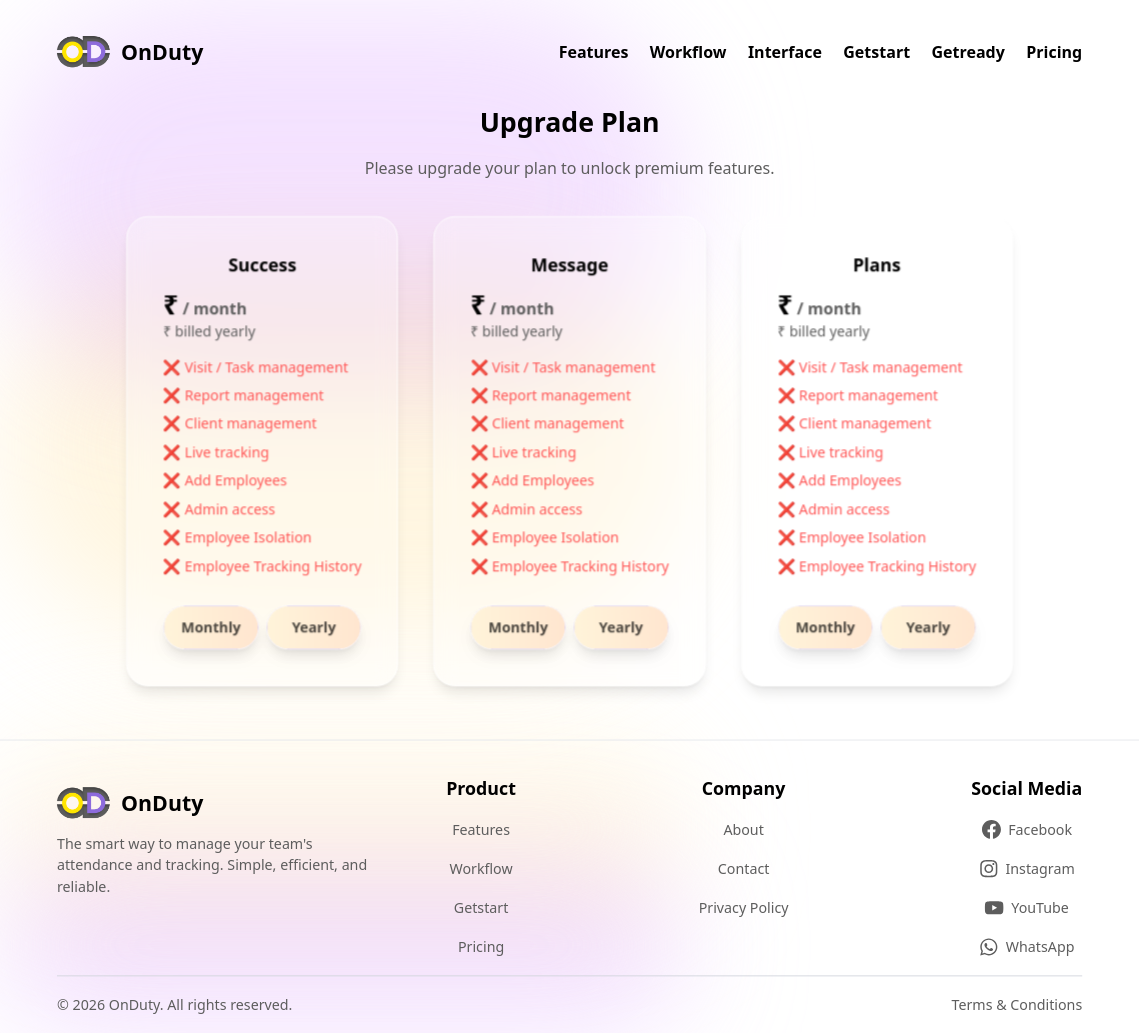
Repository: shekharzorin/ONDUTY-V1
Page: /pricing
An editor plug-in stored every save of this project. The page is shown before and after the next save, followed by the edit.
The browser window is 1280 px wide. The pictures show the whole page, at 89% of full size.
The page's requests for data from a server got no answer. The project was rebuilt for these pictures with package versions that can differ from the ones it lists, and the page was loaded fresh each time. The framework's server and built-in components were replaced by stand-ins that run in the browser. No one was signed in, and anything a server would have sent is missing. Also part of the build but not shown: next.config.mjs, vite.config.js, app/components/ui/Crossicon.tsx.

Above is the page before, as saved 2026-01-17 16:47:02.

### app/layout.tsx
import type { Metadata } from "next";
import { Geist, Geist_Mono } from "next/font/google";
import "./globals.css";
import Navbar from "./components/header/Navbar";

const geistSans = Geist({
  variable: "--font-geist-sans",
  subsets: ["latin"],
});

const geistMono = Geist_Mono({
  variable: "--font-geist-mono",
  subsets: ["latin"],
});

export const metadata: Metadata = {
  title: "Create Next App",
  description: "Generated by create next app",
};

export default function RootLayout({
  children,
}: Readonly<{
  children: React.ReactNode;
}>) {
  return (
    <html lang="en">
      <body
        className={`${geistSans.variable} ${geistMono.variable} antialiased`}
      >
        <Navbar />
        {children}
      </body>
    </html>
  );
}

### app/pricing/page.tsx
import Footer from "../components/footer/footer";
import Pricing from "../components/sections/pricing";

const page = () => {
  return (
    <div className="flex flex-col items-center justify-center">
      <Pricing />
      <Footer />
    </div>
  );
};

export default page;

### app/globals.css
@import "tailwindcss";

:root {
  --color-primary: #8d6bdc;
  --color-secondary: #e0d4ff;
  --color-bg: #efefef;
  --color-sidebar: #ffffff;
  --color-gray: #5d5d5d;
}

html {
  scroll-behavior: smooth;
}




.flip-card {
  perspective: 1000px;
}

.flip-card-inner {
  transform-style: preserve-3d;
}

.flip-card-front,
.flip-card-back {
  position: absolute;
  width:auto;
  height:auto;
  backface-visibility: hidden;
}

.flip-card-back {
  transform: rotateY(180deg);
}

### app/components/footer/footer.tsx
import Image from "next/image";
import Logo from "@/public/images/od_logo.png";
import Link from "next/link";
import { FaFacebook, FaInstagram, FaWhatsapp, FaYoutube } from "react-icons/fa";
import { ReactNode } from "react";

type FooterLink = {
  label: string;
  href: string;
  external?: boolean;
  icon?: ReactNode;
};

type FooterSection = {
  title: string;
  links: FooterLink[];
};

const footerLinks: FooterSection[] = [
  {
    title: "Product",
    links: [
      { label: "Features", href: "/#features" },
      { label: "Workflow", href: "/#workflow" },
      { label: "Getstart", href: "/#getstart" },
      { label: "Pricing", href: "/pricing/" },
    ],
  },
  {
    title: "Company",
    links: [
      { label: "About", href: "/about" },
      { label: "Contact", href: "/contact" },
      { label: "Privacy Policy", href: "/privacy&policy" },
    ],
  },
  {
    title: "Social Media",
    links: [
      {
        label: "Facebook",
        href: "https://www.facebook.com",
        external: true,
        icon: <FaFacebook size={22} />,
      },
      {
        label: "Instagram",
        href: "https://www.instagram.com",
        external: true,
        icon: <FaInstagram size={22} />,
      },
      {
        label: "YouTube",
        href: "https://www.youtube.com",
        external: true,
        icon: <FaYoutube size={22} />,
      },
      {
        label: "WhatsApp",
        href: "https://www.whatsapp.com",
        external: true,
        icon: <FaWhatsapp size={22} />,
      },
    ],
  },
];

const Footer = () => {
  return (
    <section
      id="footer"
      className="relative px-4 sm:px-6 md:px-8 lg:px-12 xl:px-16 2xl:px-24 max-w-384 w-full border-t border-gray-200"
    >
      {/* Background flare */}
      <div className="absolute top-0 left-1/2 -translate-x-1/2 w-full h-full max-w-7xl pointer-events-none -z-10">
        <div className="absolute bottom-0 w-[60%] h-[60%] bg-[#eccfff] rounded-full blur-3xl opacity-60 mix-blend-multiply filter" />
        <div className="absolute top-0 w-[60%] h-[60%] bg-[#fff4da] rounded-full blur-3xl opacity-60 mix-blend-multiply filter" />
      </div>

      <div className="flex flex-col pt-3 lg:pt-10 lg:flex-row lg:justify-between gap-5 lg:gap-20">
        <div className="flex flex-col gap-1 w-full lg:w-[50%]">
          <div className="flex gap-2 lg:gap-3 items-center">
            <Image
              src={Logo}
              alt="Onduty Logo"
              height={60}
              width={60}
              className="flex h-10 w-10 md:h-12 md:w-12 lg:h-15 lg:w-15"
            />
            <h1 className="text-2xl lg:text-2xl font-bold">OnDuty</h1>
          </div>
          <p className="text-(--color-gray)">
            The smart way to manage your team's attendance and tracking. Simple,
            efficient, and reliable.
          </p>
        </div>

        <div className="flex flex-wrap text-(--color-gray) justify-between w-full gap-5 lg:px-0 text-center">
          {footerLinks.map((section) => (
            <div key={section.title} className="flex flex-col gap-5">
              <p className="text-black text-lg lg:text-xl font-semibold">
                {section.title}
              </p>

              {section.links.map((link) => (
                <Link
                  key={link.label}
                  href={link.href}
                  target={link.external === true ? "_blank" : undefined}
                  rel={
                    link.external === true ? "noopener noreferrer" : undefined
                  }
                  className="hover:text-(--color-primary) transition"
                >
                  <p className="flex items-center gap-2 justify-center">
                    {link.icon}
                    {link.label}
                  </p>
                </Link>
              ))}
            </div>
          ))}
        </div>
      </div>

      <hr className="text-gray-300 mt-5" />
      <div className="text-(--color-gray) flex flex-col md:flex-row md:justify-between gap-5 my-5">
        <p>© 2026 OnDuty. All rights reserved.</p>
        <Link href="#">
          <p>Terms & Conditions</p>
        </Link>
      </div>
    </section>
  );
};

export default Footer;

### app/components/sections/pricing.tsx
"use client";

import { useEffect, useState } from "react";
import { getAllPlans } from "@/app/backend-api/api";
import { useRouter } from "next/navigation";
import Button from "@/app/components/ui/Button";
import { motion, Variants } from "framer-motion";
import PricingSkeleton from "@/app/components/ui/PricingSkeleton";

/* -------------------- CONSTANTS -------------------- */

const featureLabels: Record<string, string> = {
  visit: "Visit / Task management",
  report: "Report management",
  client: "Client management",
  liveLocation: "Live tracking",
  addEmployees: "Add Employees",
  adminViewAll: "Admin access",
  employeeIsolation: "Employee Isolation",
  employeeTrackingHistory: "Employee Tracking History",
};

const planPrices: Record<
  string,
  { monthly?: number; yearly?: number; label?: string }
> = {
  trial: { label: "Free" },
  silver: { monthly: 299, yearly: 2999 },
  gold: { monthly: 399, yearly: 3999 },
  diamond: { monthly: 499, yearly: 4999 },
};

/* -------------------- ANIMATION VARIANTS -------------------- */

const containerVariants: Variants = {
  hidden: {},
  show: {
    transition: {
      staggerChildren: 0.2,
    },
  },
};

const cardVariants: Variants = {
  hidden: {
    opacity: 0,
    y: 40,
    scale: 0.95,
  },
  show: {
    opacity: 1,
    y: 0,
    scale: 1,
    transition: {
      duration: 0.5,
      ease: [0.25, 0.46, 0.45, 0.94],
    },
  },
};

/* -------------------- COMPONENT -------------------- */

const Pricing = () => {
  const [plans, setPlans] = useState<Record<string, any>>({});
  const [loading, setLoading] = useState(true);
  const [buttonLoading, setButtonLoading] = useState<string | null>(null);
  const router = useRouter();

  /* -------------------- FETCH PLANS -------------------- */
  useEffect(() => {
    const fetchPlans = async () => {
      try {
        const data = await getAllPlans();
        setPlans(data);
        console.log("Fetched plans:", data);
      } catch (err) {
        console.error("Error fetching plans:", err);
      } finally {
        setLoading(false);
      }
    };

    fetchPlans();
  }, []);

  /* -------------------- HANDLERS -------------------- */

  const handleUpgrade = async (planName: string, type?: string) => {
    setButtonLoading(planName + (type ? `-${type}` : ""));
    try {
      alert("✅ Success! Please login again.");
      // router.push("/authentication/login");
    } catch (err: any) {
      alert("❌ Error: " + (err.message || "Failed to upgrade"));
    } finally {
      setButtonLoading(null);
    }
  };

  /* -------------------- RENDER -------------------- */

  return (
    <section className="flex flex-col w-full px-4 sm:px-6 md:px-8 lg:px-12 xl:px-16 2xl:px-24 max-w-384 mx-auto">
      {/* Background flare */}
      <div className="absolute top-0 left-1/2 -translate-x-1/2 w-full h-full max-w-7xl pointer-events-none -z-10">
        <div className="absolute top-0 w-[60%] h-[60%] bg-[#eccfff] rounded-full blur-3xl opacity-60 mix-blend-multiply filter" />
        <div className="absolute bottom-0 w-[60%] h-[60%] bg-[#fff0cd] rounded-full blur-3xl opacity-60 mix-blend-multiply filter" />
      </div>

      {/* Header */}
      <div className="flex flex-col gap-10 mb-15">
        <div className="flex flex-col items-center justify-center mt-30 text-center gap-5">
          <p className="text-2xl lg:text-3xl font-bold leading-[1.15]">
            Upgrade Plan
          </p>
          <p className="md:text-lg text-(--color-gray)">
            Please upgrade your plan to unlock premium features.
          </p>
        </div>

        {/* Loading state */}
        {loading && <PricingSkeleton />}

        {/* Cards */}
        {!loading && Object.keys(plans).length > 0 && (
          <motion.div
            key={Object.keys(plans).length} // 🔑 forces animation after data load
            variants={containerVariants}
            initial="hidden"
            animate="show"
            className="flex items-center justify-center gap-5 md:gap-10 flex-wrap"
          >
            {Object.entries(plans).map(([planName, features]) => {
              const price = planPrices[planName];

              return (
                <motion.div
                  key={planName}
                  variants={cardVariants}
                  className="flex flex-col backdrop-blur-md border border-white bg-white/30 shadow-lg rounded-3xl w-full md:w-fit gap-3 p-10 hover:shadow-[#8d8d8d] hover:scale-110 transition duration-300"
                >
                  {/* Plan name */}
                  <p className="text-center font-bold text-xl">
                    {planName.charAt(0).toUpperCase() + planName.slice(1)}
                  </p>

                  {/* Price */}
                  <div className="flex flex-col">
                    {planName === "trial" ? (
                      <>
                        <p className="text-3xl font-bold text-green-600">
                          Free
                          <span className="text-lg text-(--color-gray)">
                            {" "}
                            / 7 days
                          </span>
                        </p>
                        <p className="text-(--color-gray)">₹0 upto 7 days</p>
                      </>
                    ) : (
                      <>
                        <p className="text-3xl font-bold">
                          ₹{price?.monthly}
                          <span className="text-lg text-(--color-gray)">
                            {" "}
                            / month
                          </span>
                        </p>
                        <p className="text-(--color-gray)">
                          ₹{price?.yearly} billed yearly
                        </p>
                      </>
                    )}
                  </div>

                  {/* Features */}
                  <ul className="mb-4">
                    {Object.entries(featureLabels).map(([key, label]) => (
                      <li
                        key={`${planName}-${key}`}
                        className="font-medium"
                        style={{
                          lineHeight: "2em",
                          color: features[key] ? "#000" : "#f55",
                        }}
                      >
                        {features[key] ? "✅" : "❌"} {label}
                      </li>
                    ))}
                  </ul>

                  {/* Buttons */}
                  <div className="flex gap-2 justify-center">
                    {planName !== "trial" ? (
                      <>
                        <Button
                          title={
                            buttonLoading === planName + "-monthly"
                              ? "Upgrading..."
                              : "Monthly"
                          }
                          onClick={() => handleUpgrade(planName, "monthly")}
                          disabled={buttonLoading !== null}
                          className="
                            border border-white p-3 w-full rounded-full
                            bg-linear-to-r from-[#fff4da] to-[#ffe6d0]
                            hover:animate-pulse text-black/70"
                        />
                        <Button
                          title={
                            buttonLoading === planName + "-yearly"
                              ? "Upgrading..."
                              : "Yearly"
                          }
                          onClick={() => handleUpgrade(planName, "yearly")}
                          disabled={buttonLoading !== null}
                          className="
                            border border-white p-3 w-full rounded-full
                            bg-linear-to-r from-[#fff4da] to-[#ffe6d0]
                            hover:animate-pulse text-black/70"
                        />
                      </>
                    ) : (
                      <Button
                        title={
                          buttonLoading === planName + "-trial"
                            ? "Activating..."
                            : "Get Access"
                        }
                        onClick={() => handleUpgrade("trial")}
                        disabled={buttonLoading !== null}
                        className="
                          border border-white p-3 w-full rounded-full
                          bg-linear-to-r from-[#ffc1e4] to-[#e7c2ff]
                          hover:animate-pulse text-black/70"
                      />
                    )}
                  </div>
                </motion.div>
              );
            })}
          </motion.div>
        )}
      </div>
    </section>
  );
};

export default Pricing;

### app/backend-api/api.tsx
import axios from "axios";

const api = axios.create({
  baseURL: process.env.NEXT_PUBLIC_API_URL,
  withCredentials: true,
  headers: {
    "Content-Type": "application/json",
  },
});

export const getAllPlans = async () => {
  try {
    const res = await api.get("/plan");
    return res.data?.plans || [];
  } catch (error: any) {
    console.error(
      "❌ Fetch plans error:",
      error.response?.data || error.message
    );
    return {
      success: false,
      message: error.response?.data?.message || "Failed to fetch plans",
      plans: [],
    };
  }
};

export default api;

### app/components/ui/Button.tsx
import { ReactNode } from "react";

interface ButtonProps {
  title: string;
  onClick: () => void;
  type?: "button" | "submit";
  disabled?: boolean;

  /* 🔹 Optional Icon */
  icon?: ReactNode;
  iconPosition?: "left" | "right";

  /* 🔹 External Styles */
  className?: string;
}

const Button = ({
  title,
  onClick,
  type = "button",
  disabled = false,
  icon,
  iconPosition = "left",
  className = "",
}: ButtonProps) => {
  return (
    <button
      type={type}
      onClick={!disabled ? onClick : undefined}
      disabled={disabled}
      className={`
        group
        font-bold shadow-lg
        transition-all transform
        flex items-center justify-center gap-2
        duration-300
        ${
          disabled
            ? "bg-(--color-gray) text-(--color-sidebar) cursor-not-allowed opacity-70 transition-all duration-300"
            : "bg-(--color-primary) text-(--color-sidebar) hover:bg-(--color-secondary) hover:scale-105 hover:text-black cursor-pointer transition-all duration-300"
        }

        ${className}
      `}
    >
      {/* ICON LEFT */}
      {icon && iconPosition === "left" && (
        <span className="button-icon flex items-center">{icon}</span>
      )}

      <span>{title}</span>

      {/* ICON RIGHT */}
      {icon && iconPosition === "right" && (
        <span className="button-icon flex items-center">{icon}</span>
      )}
    </button>
  );
};

export default Button;

### app/components/ui/PricingSkeleton.tsx
const PricingSkeleton = () => {
  return (
    <div className="flex items-center justify-center gap-5 md:gap-10 flex-wrap">
      {[1, 2, 3, 4].map((i) => (
        <div
          key={i}
          className="w-full md:w-75 rounded-3xl bg-white/30 backdrop-blur-md border border-white p-10 shadow-lg animate-pulse"
        >
          <div className="h-6 w-1/2 bg-gray-300/60 rounded mb-6 mx-auto" />

          <div className="h-10 w-3/4 bg-gray-300/60 rounded mb-4" />
          <div className="h-4 w-1/2 bg-gray-300/50 rounded mb-8" />

          <div className="space-y-3 mb-6">
            {[1, 2, 3, 4].map((f) => (
              <div key={f} className="h-4 bg-gray-300/50 rounded" />
            ))}
          </div>

          <div className="flex gap-3">
            <div className="h-10 w-full bg-gray-300/60 rounded-full" />
            <div className="h-10 w-full bg-gray-300/60 rounded-full" />
          </div>
        </div>
      ))}
    </div>
  );
};

export default PricingSkeleton;

Loaded but not shown: app/components/header/Navbar.tsx (265 lines, source omitted)

After the next save:
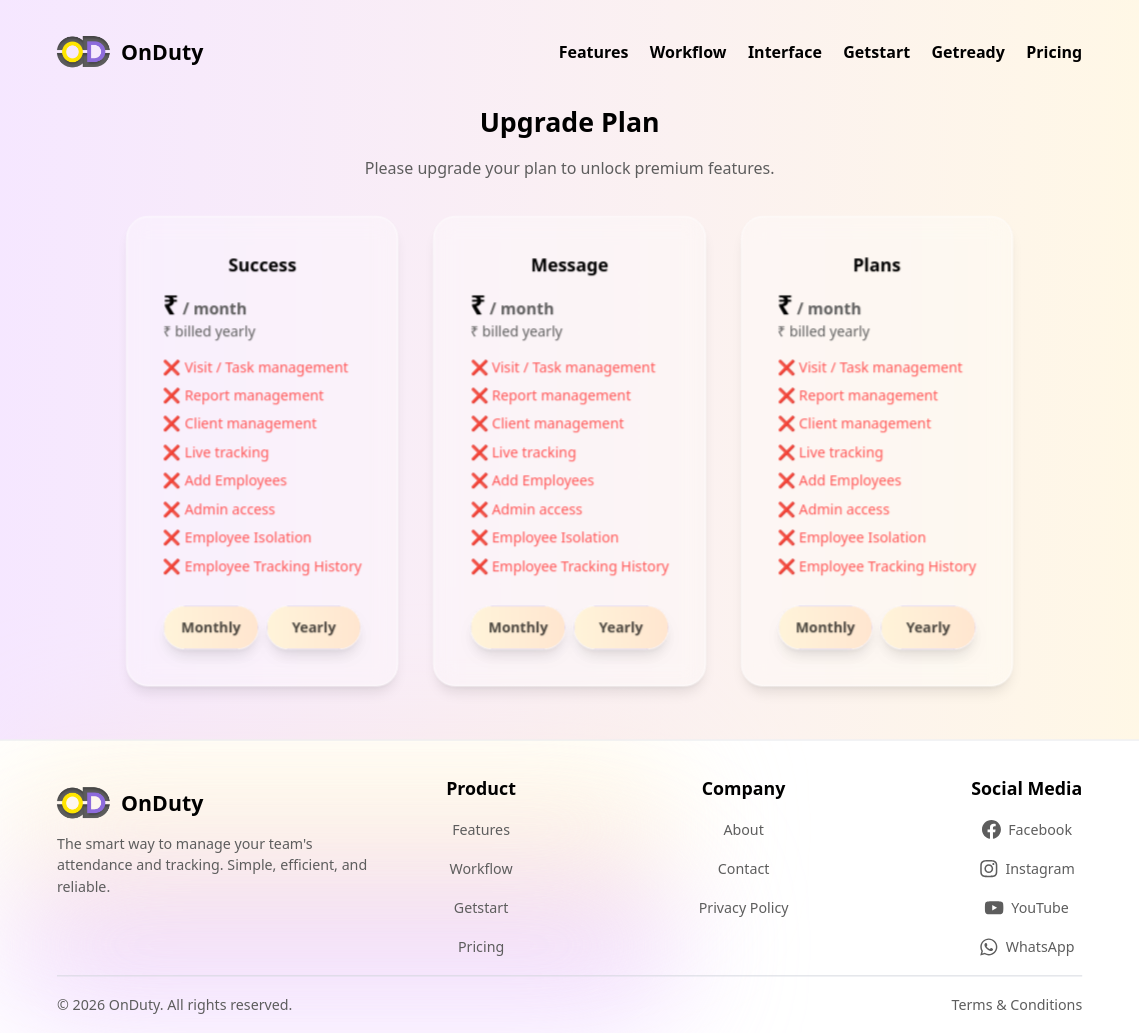
Saved 60 s later.
--- a/app/components/sections/pricing.tsx
+++ b/app/components/sections/pricing.tsx
@@ -100,13 +100,7 @@ const Pricing = () => {
   /* -------------------- RENDER -------------------- */
 
   return (
-    <section className="flex flex-col w-full px-4 sm:px-6 md:px-8 lg:px-12 xl:px-16 2xl:px-24 max-w-384 mx-auto">
-      {/* Background flare */}
-      <div className="absolute top-0 left-1/2 -translate-x-1/2 w-full h-full max-w-7xl pointer-events-none -z-10">
-        <div className="absolute top-0 w-[60%] h-[60%] bg-[#eccfff] rounded-full blur-3xl opacity-60 mix-blend-multiply filter" />
-        <div className="absolute bottom-0 w-[60%] h-[60%] bg-[#fff0cd] rounded-full blur-3xl opacity-60 mix-blend-multiply filter" />
-      </div>
-
+    <section className="flex flex-col w-full px-4 sm:px-6 md:px-8 lg:px-12 xl:px-16 2xl:px-24 max-w-384 mx-auto bg-linear-to-r from-[#eccfff]/50 to-[#fff0cd]/50 min-h-screen">
       {/* Header */}
       <div className="flex flex-col gap-10 mb-15">
         <div className="flex flex-col items-center justify-center mt-30 text-center gap-5">
